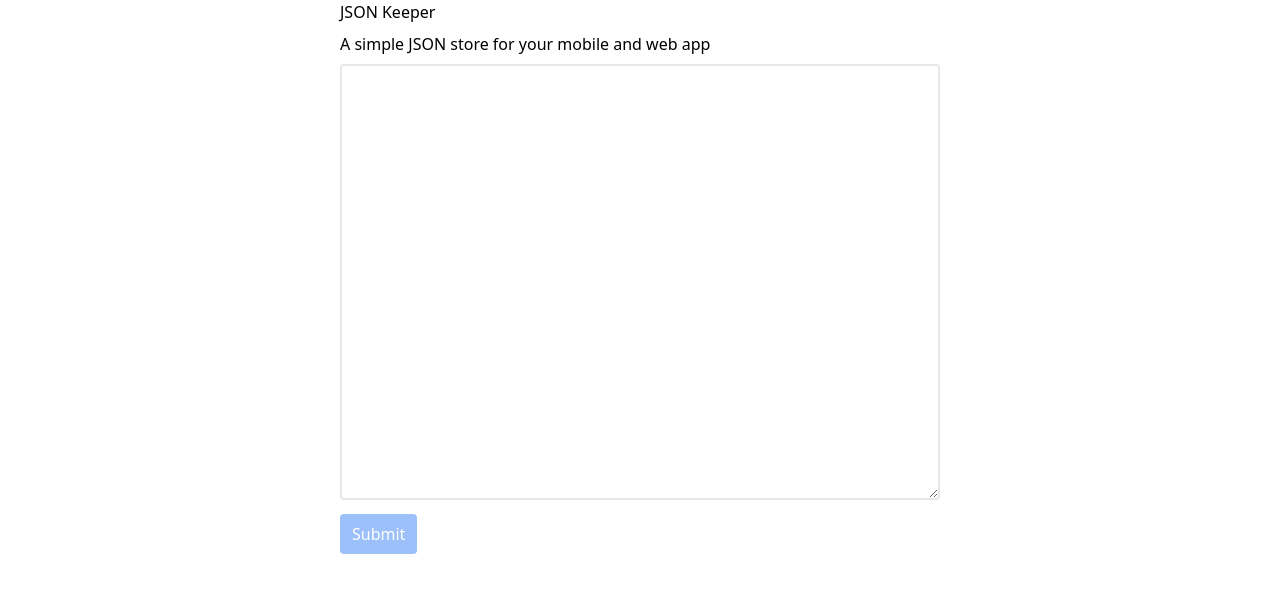
Repository: lakshithapramodya/jsonhub
Page: / (app in client/)
An editor plug-in stored every save of this project. The page is shown before and after the next save, followed by the edit.
The browser window is 1280 px wide. The pictures show the whole page.
The page's requests for data from a server got no answer. The project was rebuilt for these pictures with package versions that can differ from the ones it lists, and the page was loaded fresh each time. No one was signed in, and anything a server would have sent is missing. Also part of the build but not shown: client/src/HandleJsonData.js.

Above is the page before, as saved 2023-05-10 12:15:23.

After the next save:
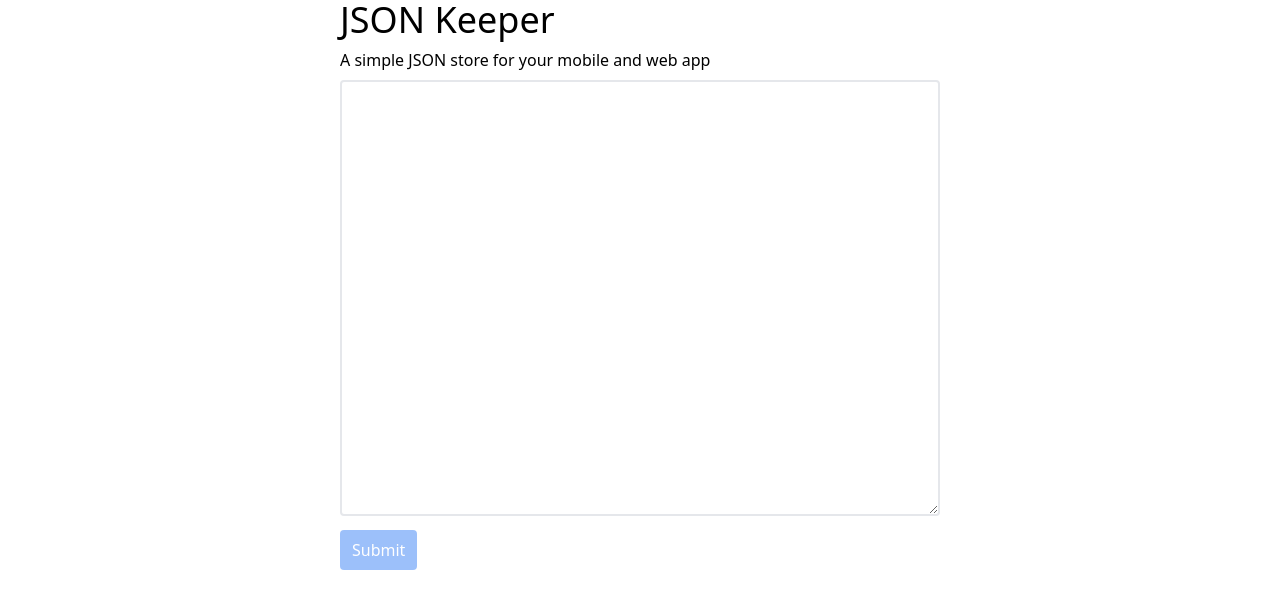
Saved 18 s later.
--- a/client/src/App.js
+++ b/client/src/App.js
@@ -42,7 +42,7 @@ function App() {
       )}
       <div className="flex flex-col mx-auto w-full md:w-1/2 items-center justify-center">
         <form onSubmit={handleSubmit} className="w-full space-y-2 px-5">
-          <h1 className="">JSON Keeper</h1>
+          <h1 className="text-4xl">JSON Keeper</h1>
           <p>A simple JSON store for your mobile and web app</p>
           <textarea
             onChange={(e) => setInput(e.target.value)}
